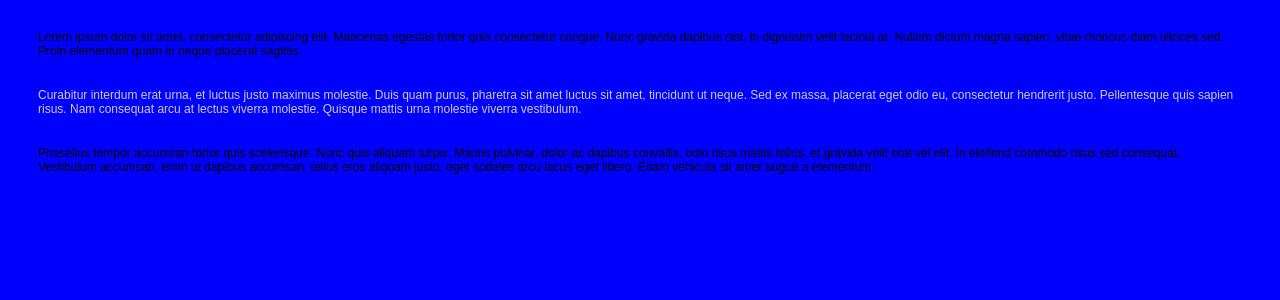
Repository: Nnetterz/Nnetterz.github.io
Page: index.html
The author's editor kept a record of every edit. The page is drawn from the files as they stood at one moment, then again after the next edit.
The browser window is 1280 px wide. The pictures show the whole page.

Above is the page before.

### index.html
<!DOCTYPE html>
<html>
    <head>
        <title>HELLO WORLD</title>
        <link href="style.css" rel="stylesheet">
    </head>
    <body>

        <p>Lorem ipsum dolor sit amet, consectetur adipiscing elit. Maecenas egestas tortor quis consectetur congue. Nunc gravida dapibus nisi, in dignissim velit lacinia at. Nullam dictum magna sapien, vitae rhoncus diam ultrices sed. Proin elementum quam in neque placerat sagittis.</p>

       <p class="paragraph2"> Curabitur interdum erat urna, et luctus justo maximus molestie. Duis quam purus, pharetra sit amet luctus sit amet, tincidunt ut neque. Sed ex massa, placerat eget odio eu, consectetur hendrerit justo. Pellentesque quis sapien risus. Nam consequat arcu at lectus viverra molestie. Quisque mattis urna molestie viverra vestibulum.</p>

       <p>Phasellus tempor accumsan tortor quis scelerisque. Nunc quis aliquam turpis. Mauris pulvinar, dolor ac dapibus convallis, odio risus mattis tellus, et gravida velit erat vel elit. In eleifend commodo risus sed consequat. Vestibulum accumsan, enim ut dapibus accumsan, tellus eros aliquam justo, eget sodales arcu lacus eget libero. Etiam vehicula sit amet augue a elementum.</p>

    </body>
</html>

### style.css
body {
    background-color: blue;
    font-size: 12px;
    font-family: arial, sans-serif;

}

p {
    margin: 30px;
}

.paragraph2 {
    color: #cdcdcd;
}

After the next edit:
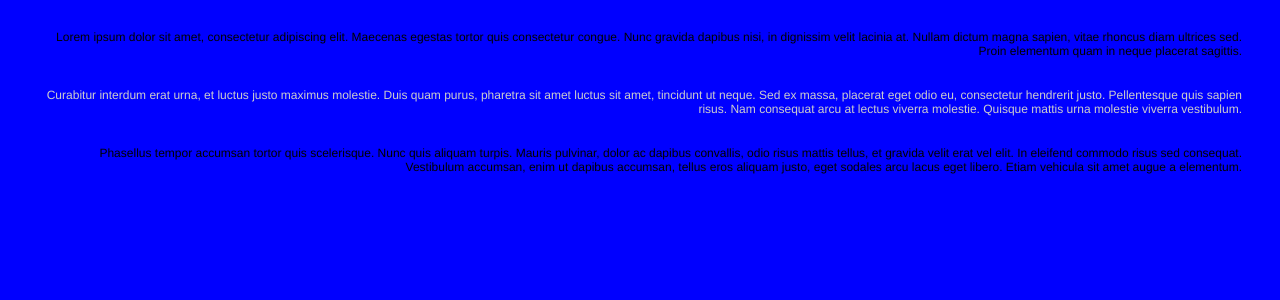
The edit:
--- a/style.css
+++ b/style.css
@@ -1,7 +1,8 @@
 body {
     background-color: blue;
     font-size: 12px;
-    font-family: arial, sans-serif;
+    font-family: helvetica, arial, sans-serif;
+    text-align: right;
 
 }
 
